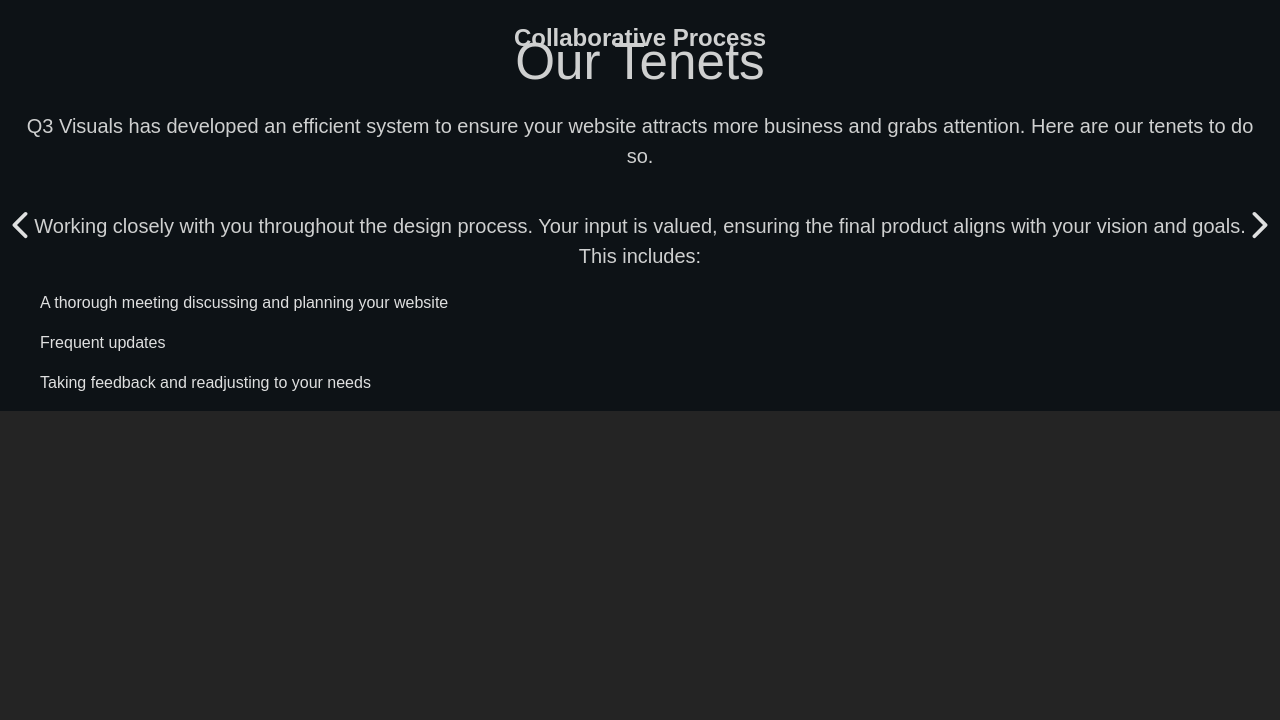
Repository: TMuse333/quantumDesigns
Page: /process
The author's editor kept a copy of each file at every save. The page is drawn from the files as they stood at one save, then again after a run of saves.
The browser window is 1280 px wide. The pictures show the whole page.
The project was rebuilt for these pictures with package versions that can differ from the ones it lists, and the page was loaded fresh each time. Also part of the build but not shown: vite.config.js, src/styles/navbar.css, src/components/navbar.jsx, src/styles/herobanner.css, src/components/Herobanner.jsx, src/components/intro.jsx, src/styles/tenets.css, src/components/tenets.jsx and 8 more.

Above is the page before, as saved 2023-12-16 19:24:54.

After the next 3 saves:
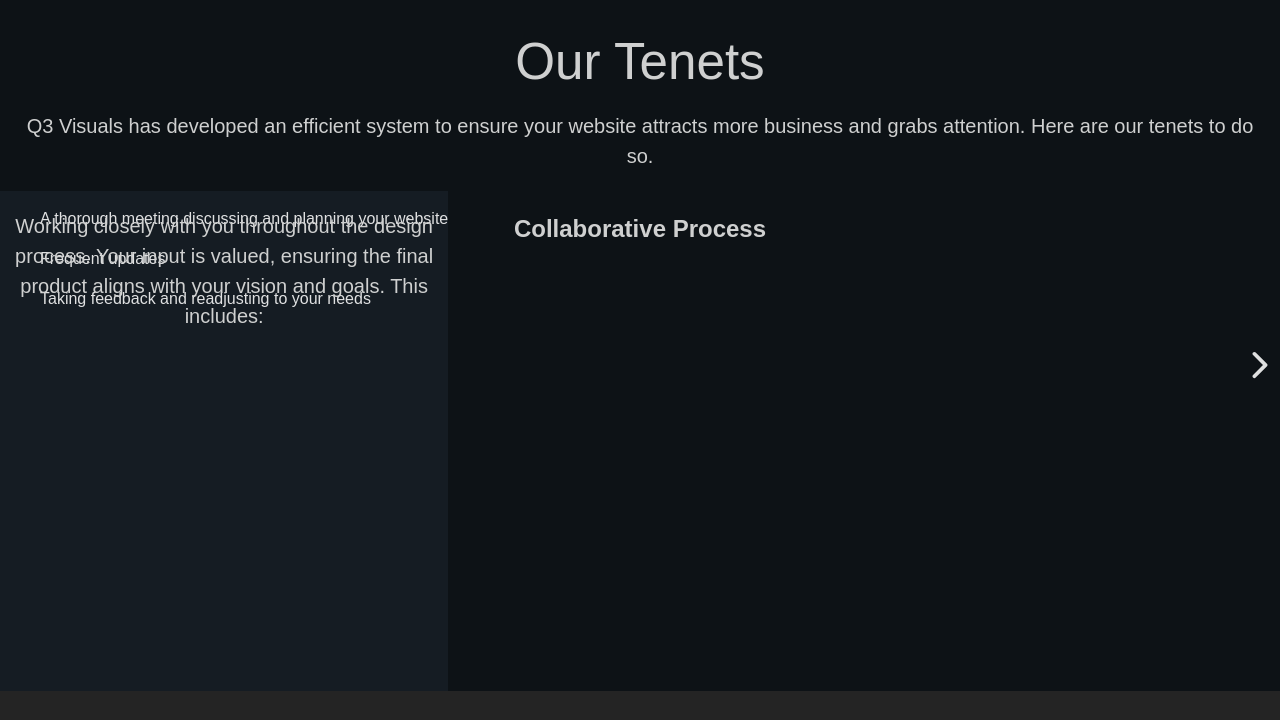
The 3 saves are shown as one change because they came seconds apart.
The last was saved 7 s later.
--- a/src/styles/process.css
+++ b/src/styles/process.css
@@ -20,7 +20,9 @@
 
 }
 
-.tenet
+.tenet-desc{
+    position: absolute;
+}
 
 .tenet{
    background-color: rgb(21, 28, 35);
